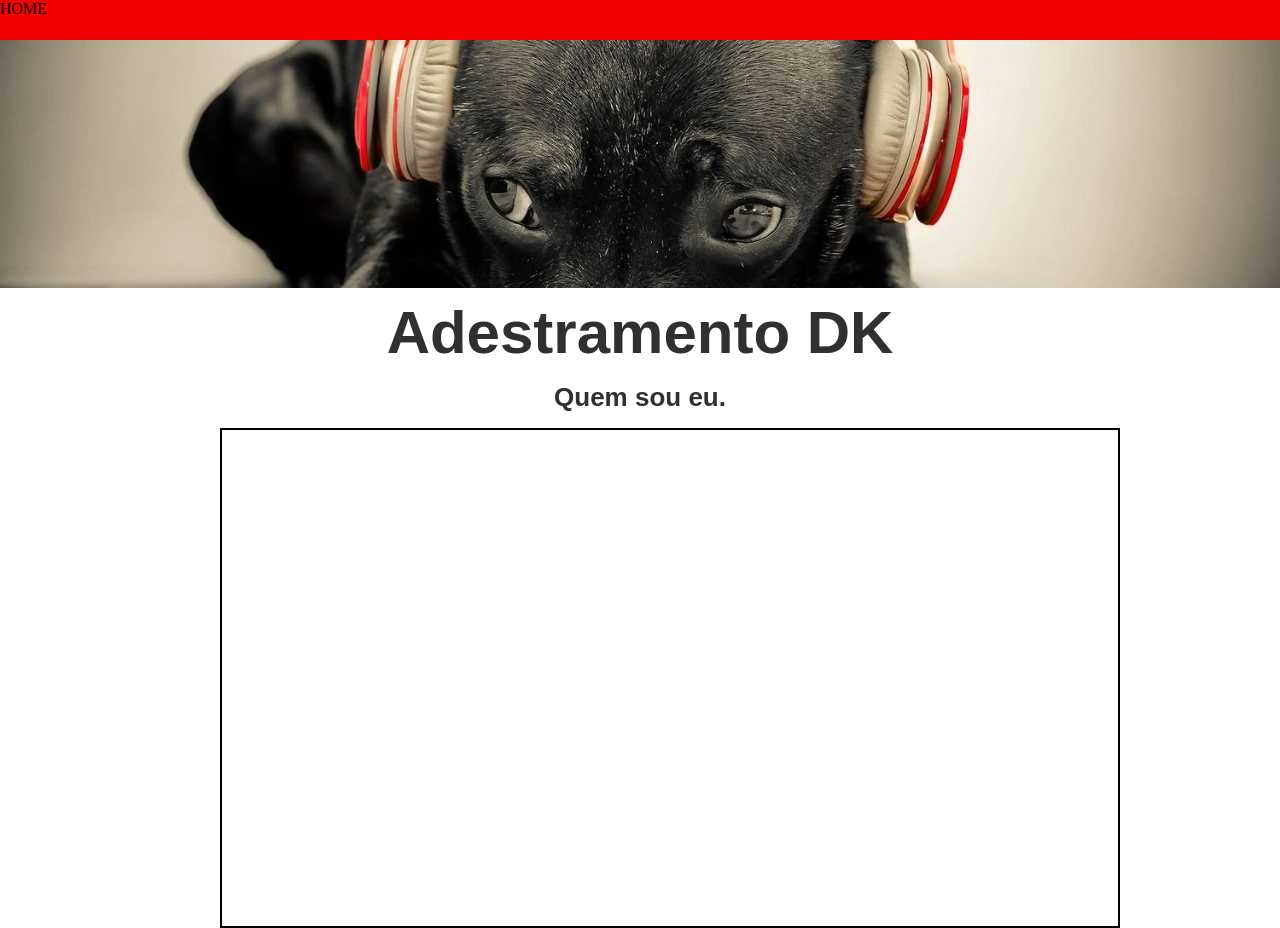
Repository: KevynMarques/Blog-React-StyledComponent
Page: /
The author's editor kept a copy of each file at every save. The page is drawn from the files as they stood at one save, then again after a run of saves.
The browser window is 1280 px wide. The pictures show the whole page.
The project was rebuilt for these pictures with package versions that can differ from the ones it lists, and the page was loaded fresh each time.

Above is the page before, as saved 2022-01-28 13:09:16.

After the next 2 saves:
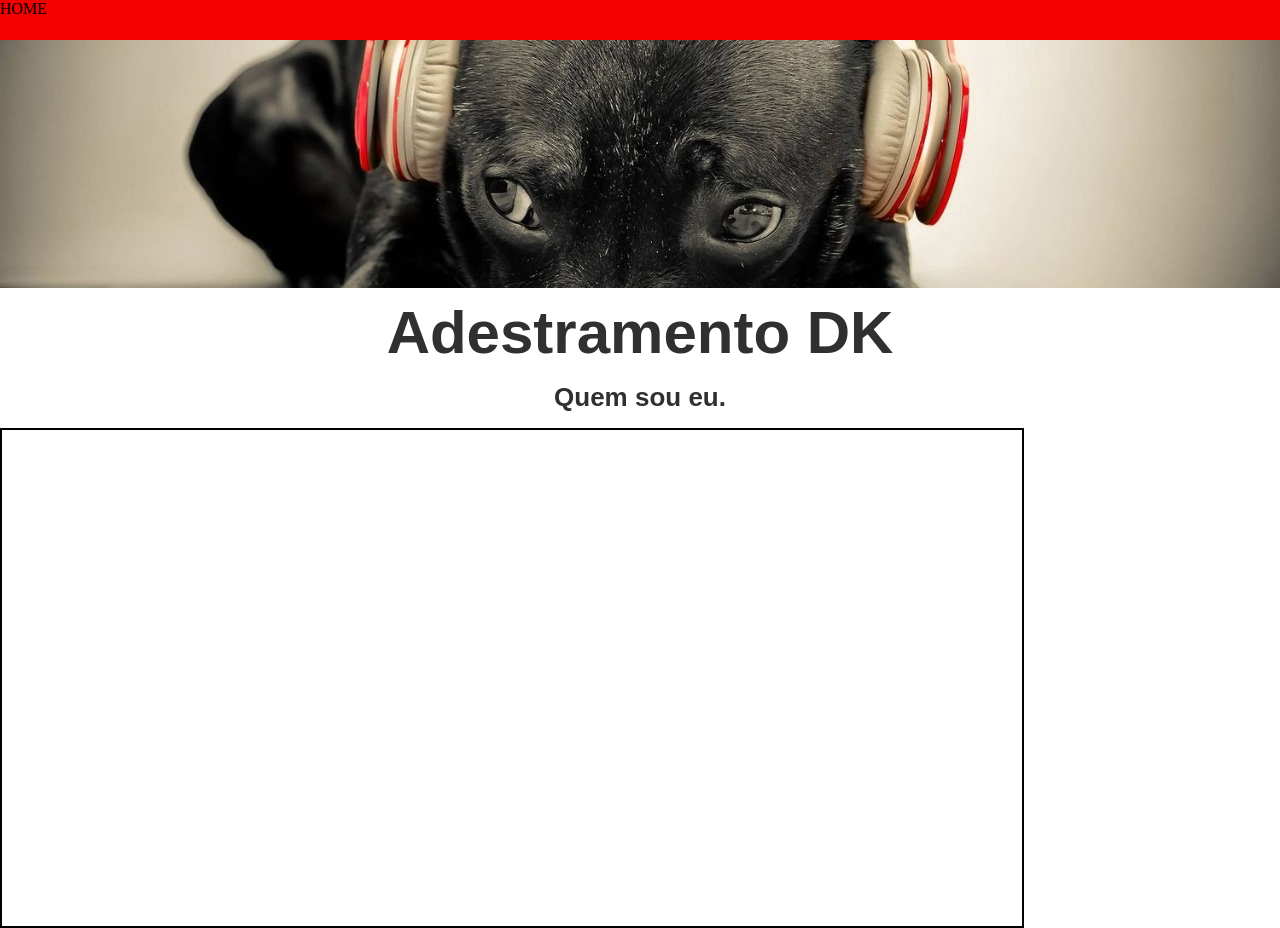
The 2 saves are shown as one change because they came seconds apart.
The last was saved 24 s later.
--- a/src/Components/Sobre/style.jsx
+++ b/src/Components/Sobre/style.jsx
@@ -21,6 +21,5 @@ export const  Sobre  = styled.section `
   margin-top: 90px;
   height: 500px;
   border: solid 2px black;
-  width: 900px;
-  margin-left: 220px;
+  width: 80vw;
 `;
